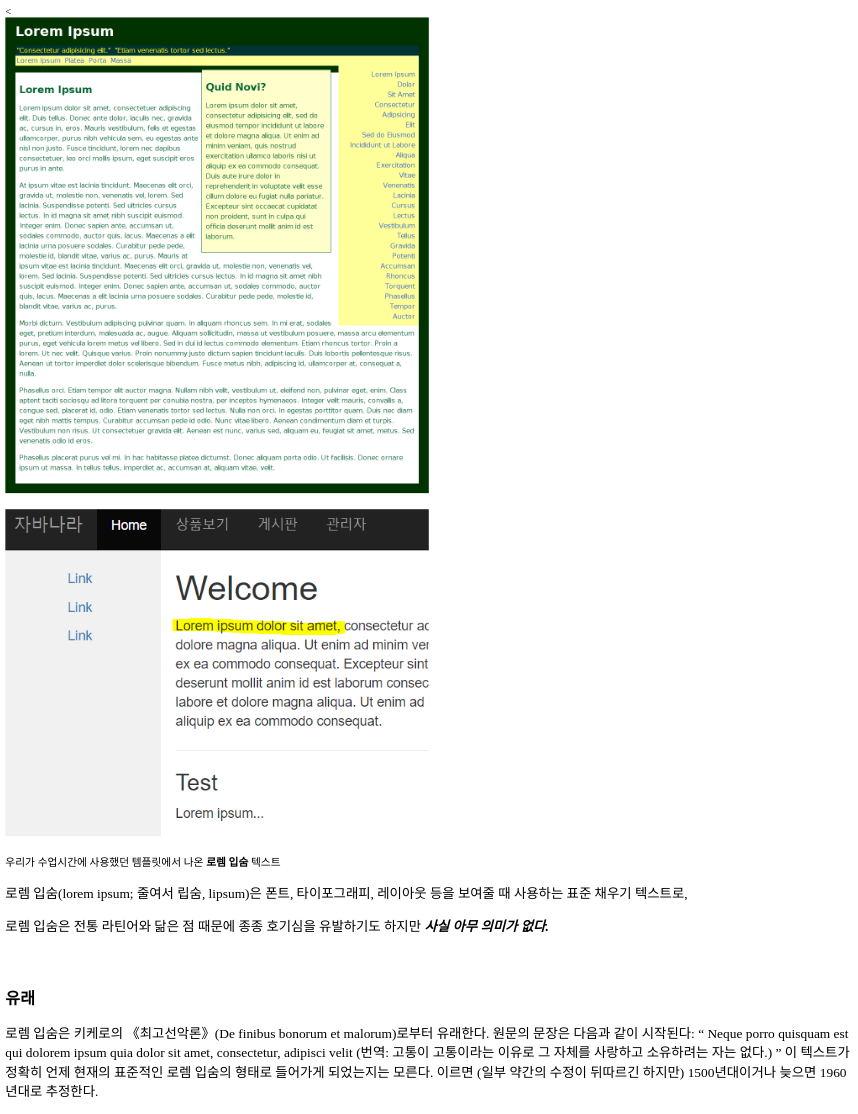
Repository: sonic247897/multicampus-web
Page: clientweb/WebContent/bootstrap_exam/lorem2.html
The author's editor kept a copy of each file at every save. The page is drawn from the files as they stood at one save, then again after the next save.
The browser window is 1280 px wide. The pictures show the whole page, at 67% of full size.

Above is the page before, as saved 2020-01-06 07:34:19.

### clientweb/WebContent/bootstrap_exam/lorem2.html
<!DOCTYPE html>
<html>
<head>
	<meta charset="EUC-KR">
	<title>Insert title here</title>
	<style type = "text/css">
	img{
		width: 50%;
		height:50%;
	}

	p{
		font-size: 15pt;
	}
	</style>
</head>
<body>
	<
	<div>
	<img src="/clientweb/images/LoremIpsumDesign.png"/></div>
	<div>
	<p><img src="/clientweb/images/lorem.PNG"/></p>
	우리가 수업시간에 사용했던 템플릿에서 나온 <b>로렘 입숨</b> 텍스트
	</div>
	</div>
	<div>
	<p>
	 로렘 입숨(lorem ipsum; 줄여서 립숨, lipsum)은 폰트, 타이포그래피, 레이아웃 등을 보여줄 때
	사용하는 표준 채우기 텍스트로, </p>
	<p>로렘 입숨은 전통 라틴어와 닮은 점 때문에 종종 호기심을 유발하기도 하지만 <b><i>사실 아무 의미가 없다.</i></b></p>
	</div>
	<br></br>
	<h2>유래</h2>
	<p>로렘 입숨은 키케로의 《최고선악론》(De finibus bonorum et malorum)로부터 유래한다. 원문의 문장은 다음과 같이 시작된다:

“	Neque porro quisquam est qui dolorem ipsum quia dolor sit amet, consectetur, adipisci velit
(번역: 고통이 고통이라는 이유로 그 자체를 사랑하고 소유하려는 자는 없다.)

”
이 텍스트가 정확히 언제 현재의 표준적인 로렘 입숨의 형태로 들어가게 되었는지는 모른다. 이르면 (일부 약간의 수정이 뒤따르긴 하지만) 1500년대이거나 늦으면 1960년대로 추정한다.
	</p>

</body>
</html>

After the next save:
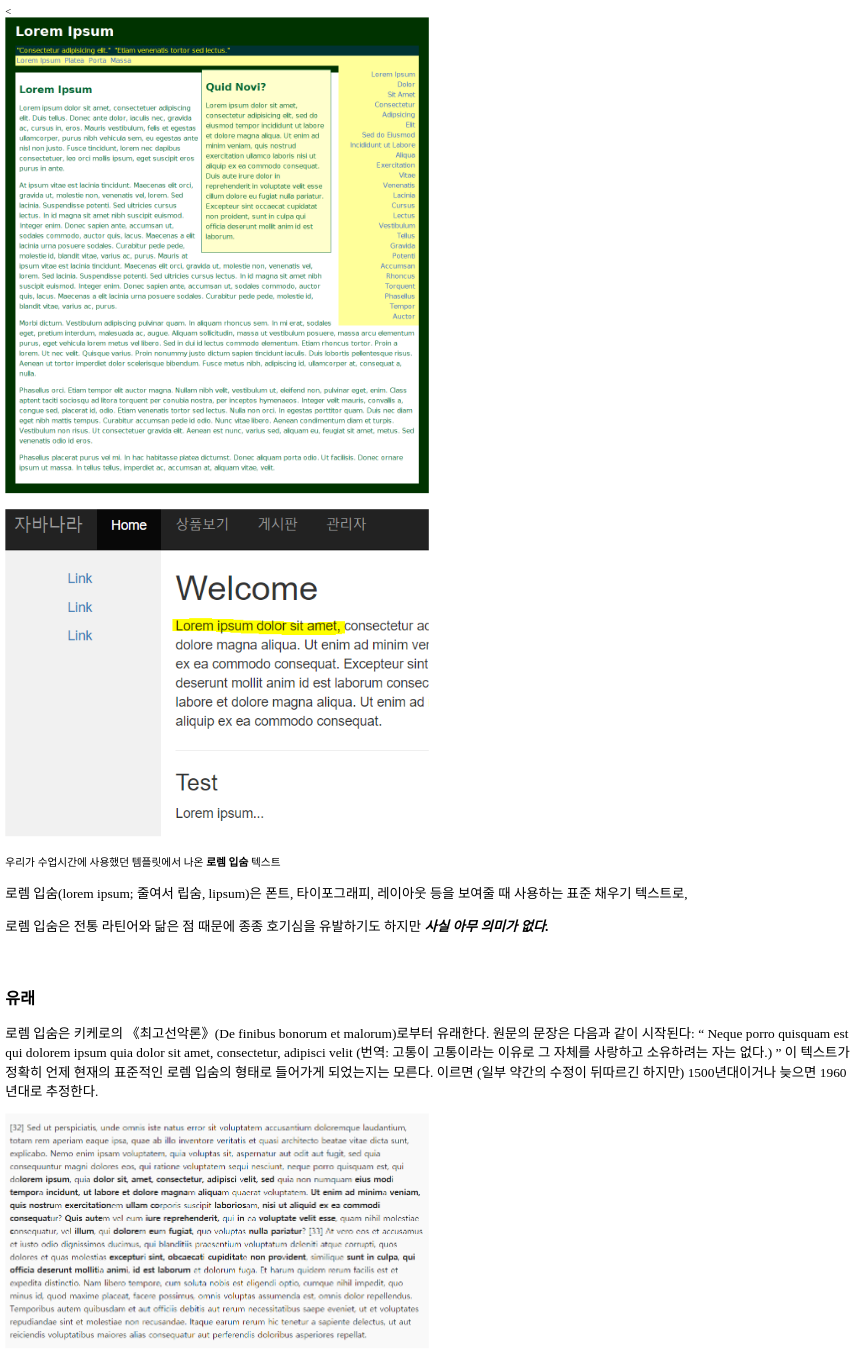
Saved 71 s later.
--- a/clientweb/WebContent/bootstrap_exam/lorem2.html
+++ b/clientweb/WebContent/bootstrap_exam/lorem2.html
@@ -39,6 +39,9 @@
 ”
 이 텍스트가 정확히 언제 현재의 표준적인 로렘 입숨의 형태로 들어가게 되었는지는 모른다. 이르면 (일부 약간의 수정이 뒤따르긴 하지만) 1500년대이거나 늦으면 1960년대로 추정한다.
 	</p>
+	<p>
+	<img src = "/clientweb/images/lorem2.PNG"/>
+	</p>
 
 </body>
 </html>
